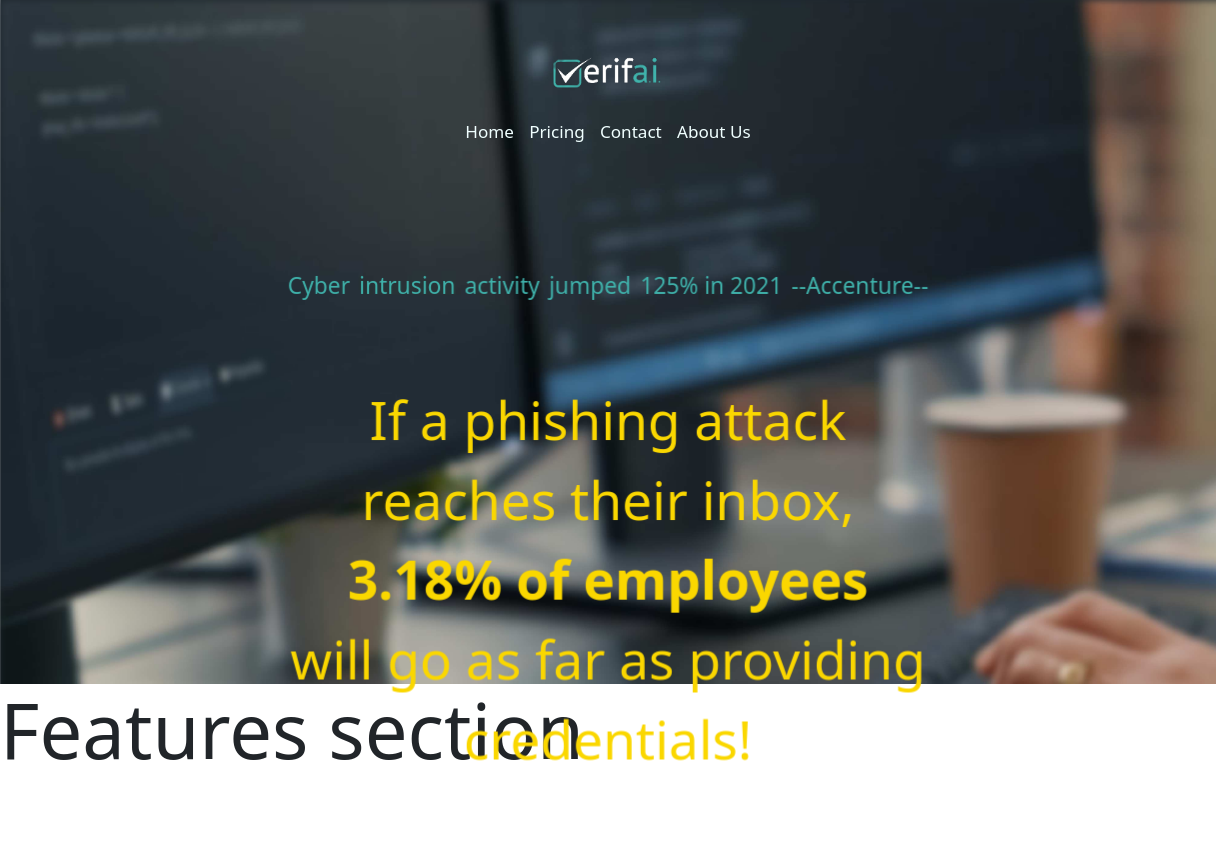
Repository: Ali-VB/verif-website
Page: /
These files come from the project's save history. The page is drawn as it stood at one moment and after a run of saves; the edit follows.
The browser window is 1280 px wide. The pictures show the whole page, at 95% of full size.
The project was rebuilt for these pictures with package versions that can differ from the ones it lists, and the page was loaded fresh each time.

Above is the page before, as saved 2022-04-19 09:34:40.

After the next 2 saves:
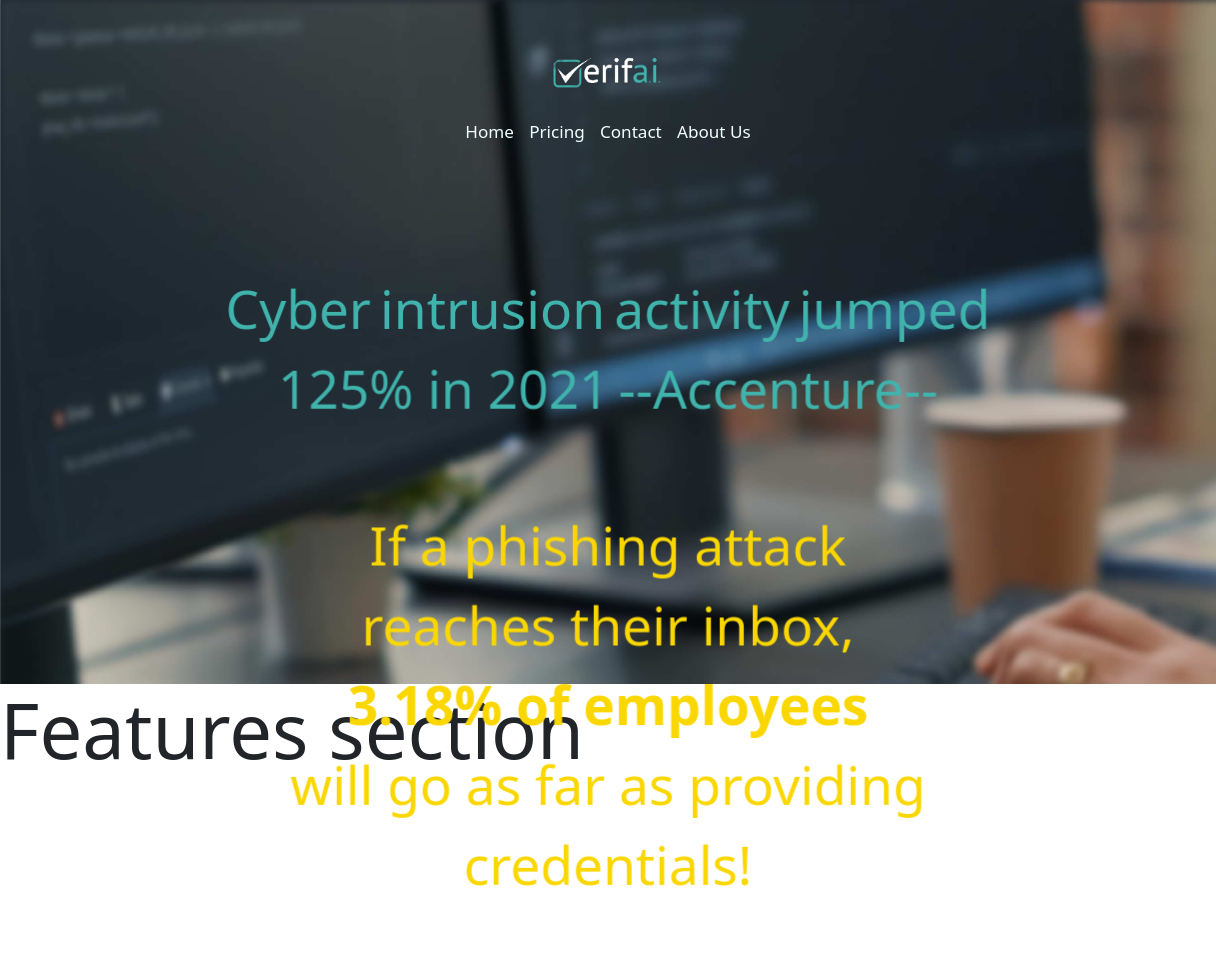
The 2 saves are shown as one change because they came seconds apart.
The last was saved 16 s later.
--- a/src/components/Header/Header.css
+++ b/src/components/Header/Header.css
@@ -101,7 +101,7 @@
         margin-bottom: 3rem;
         padding: 0.1rem 0.1rem;
         width: 90%;
-        font-size:1.5rem;
+        font-size:3.5rem;
 
 
       }
